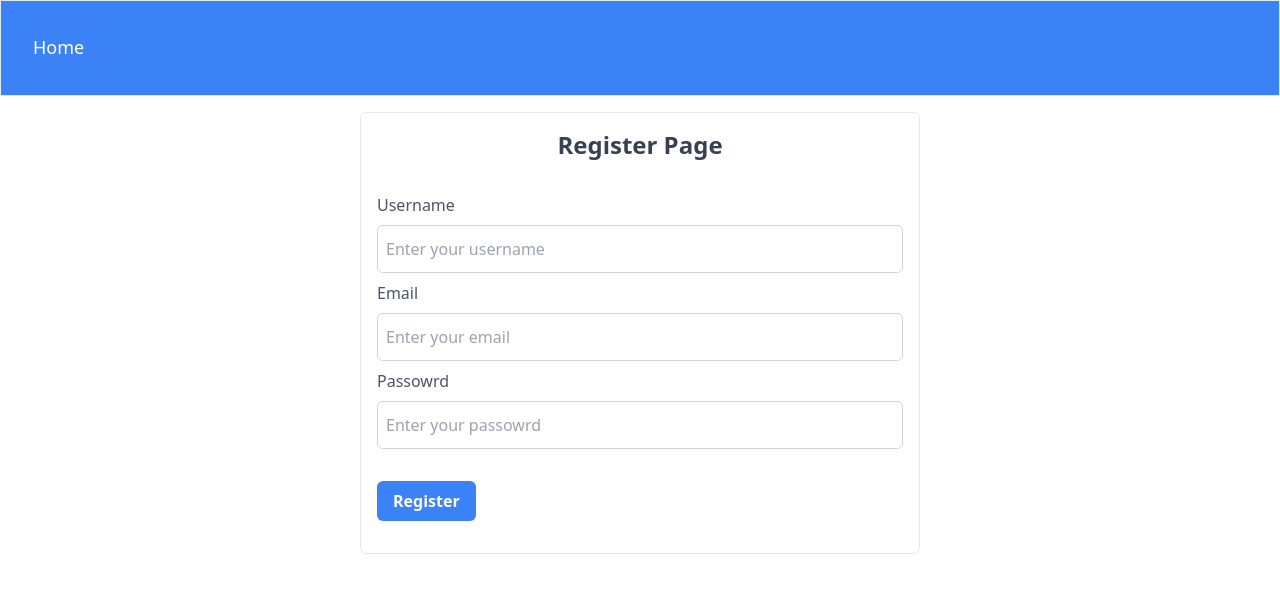
Repository: oderinde300/react-authentication-with-json-server
Page: /register
An editor plug-in stored every save of this project. The page is shown before and after the next save, followed by the edit.
The browser window is 1280 px wide. The pictures show the whole page.
The project was rebuilt for these pictures with package versions that can differ from the ones it lists, and the page was loaded fresh each time. Also part of the build but not shown: src/pages/HomePage.jsx, src/components/authentication/Login.jsx, src/pages/LoginPage.jsx.

Above is the page before, as saved 2023-03-22 12:51:53.

After the next save:
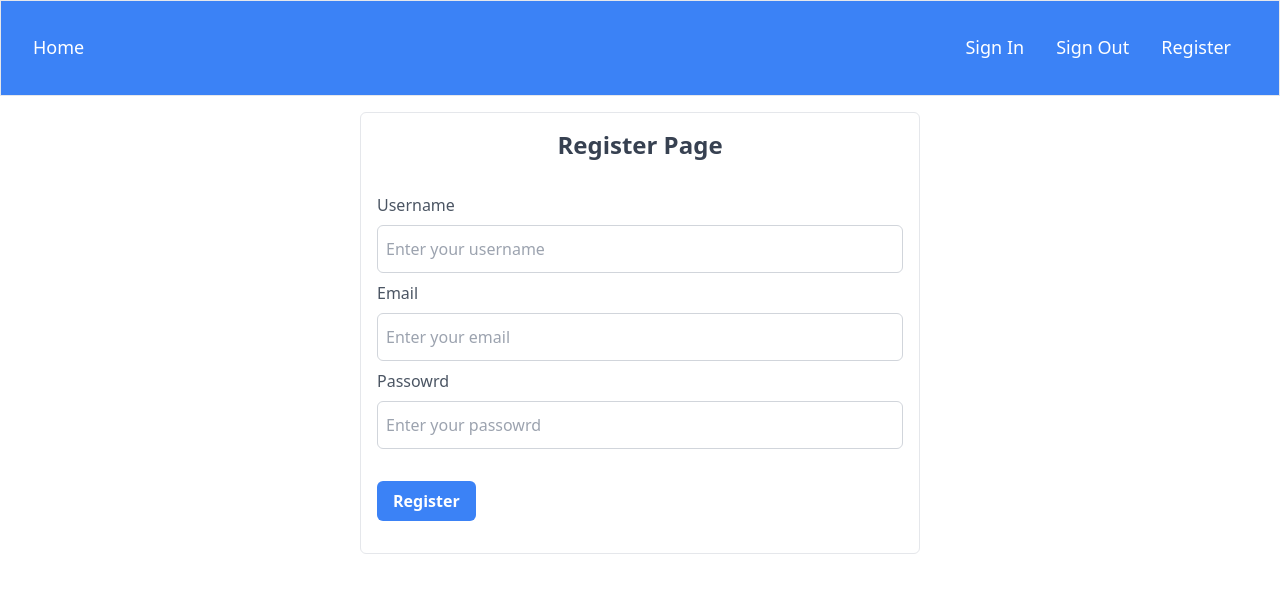
Saved 12 s later.
--- a/src/App.js
+++ b/src/App.js
@@ -28,7 +28,7 @@ function App() {
             {menuLinks.map((link) => (
               <NavLink to={`${link.path}`}>
                 <li className="mx-4 hover:font-bold cursor-pointer">
-                  {link.name}
+                  {link.title}
                 </li>
               </NavLink>
             ))}
